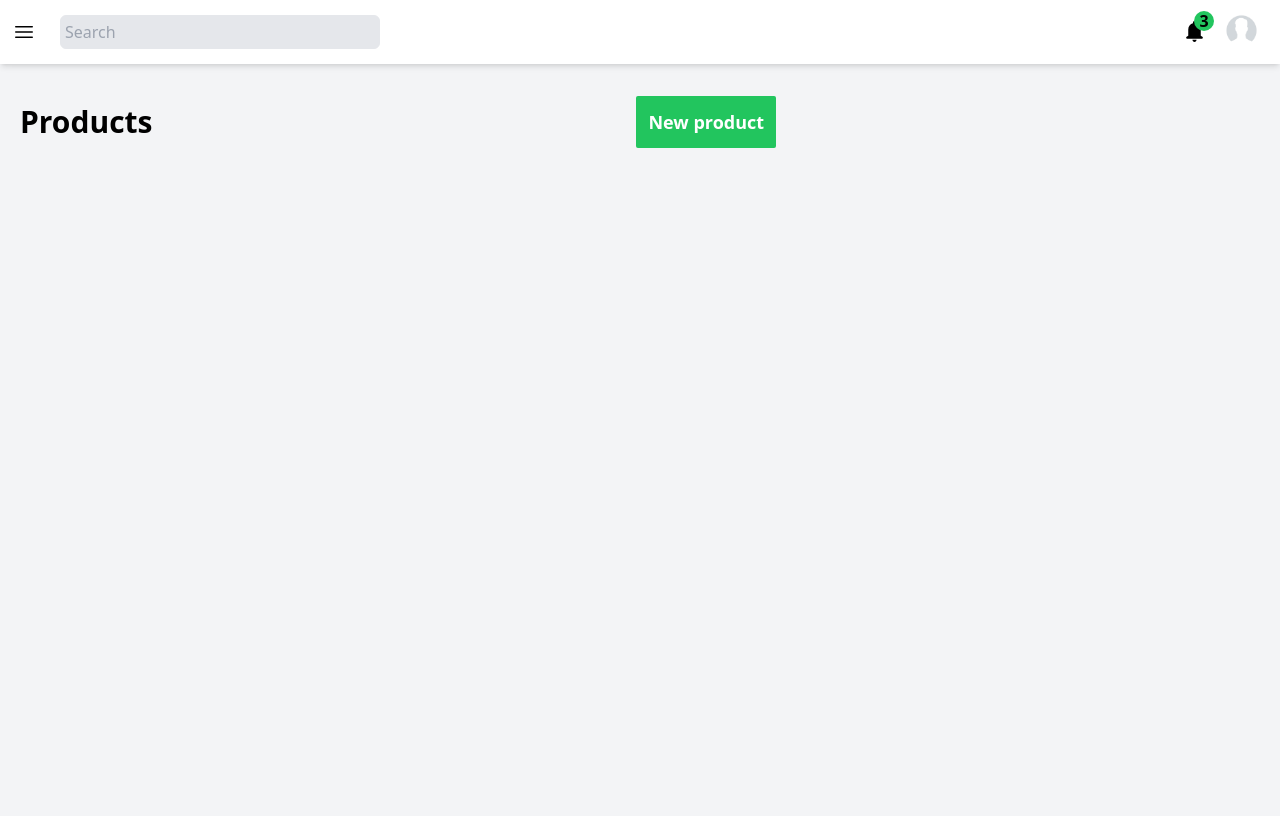
Repository: IssaMuiz/ifarmstock-admin
Page: /products
An editor plug-in stored every save of this project. The page is shown before and after the next save, followed by the edit.
The browser window is 1280 px wide. The pictures show the whole page.
The page's requests for data from a server got no answer. The project was rebuilt for these pictures with package versions that can differ from the ones it lists, and the page was loaded fresh each time. The framework's server and built-in components were replaced by stand-ins that run in the browser. No one was signed in, and anything a server would have sent is missing. Also part of the build but not shown: next.config.mjs.

Above is the page before, as saved 2024-10-12 15:01:18.

After the next save:
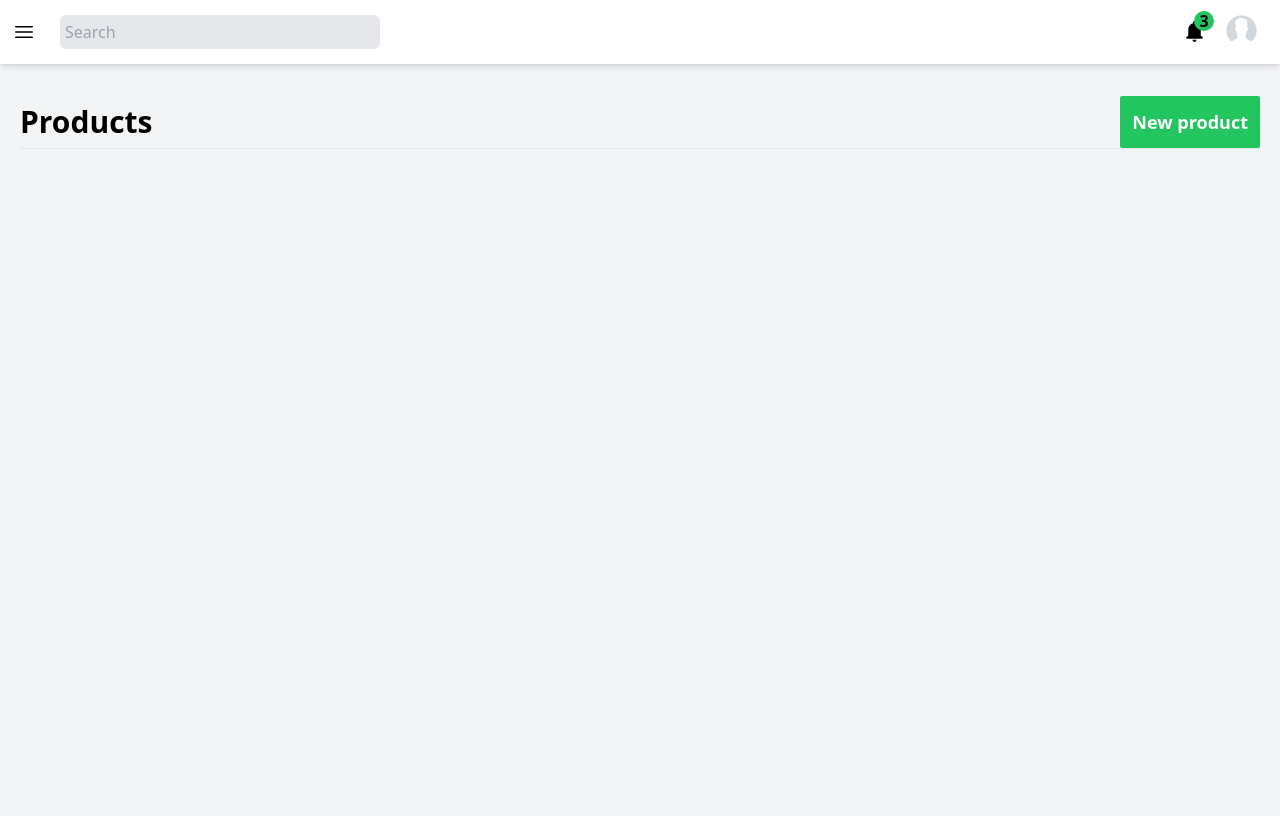
Saved 16 s later.
--- a/app/products/page.tsx
+++ b/app/products/page.tsx
@@ -11,8 +11,8 @@ const Products = () => {
         >
           New product
         </button>
-        <hr />
       </div>
+      <hr />
     </section>
   );
 };
